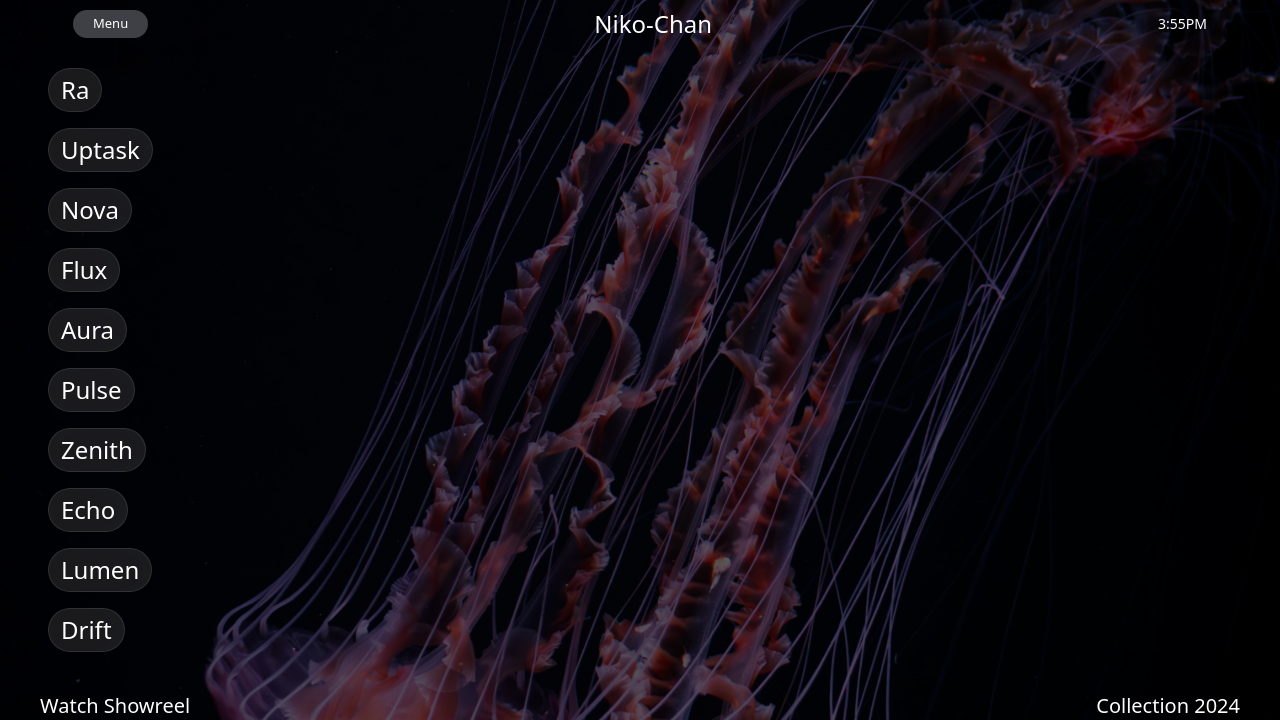
Repository: nikhilsinghrathore1/Niks_indian_local
Page: /
The author's editor kept a copy of each file at every save. The page is drawn from the files as they stood at one save, then again after the next save.
The browser window is 1280 px wide. The pictures show the whole page.
The project was rebuilt for these pictures with package versions that can differ from the ones it lists, and the page was loaded fresh each time. Also part of the build but not shown: vite.config.ts.

Above is the page before, as saved 2024-08-27 10:55:56.

After the next save:
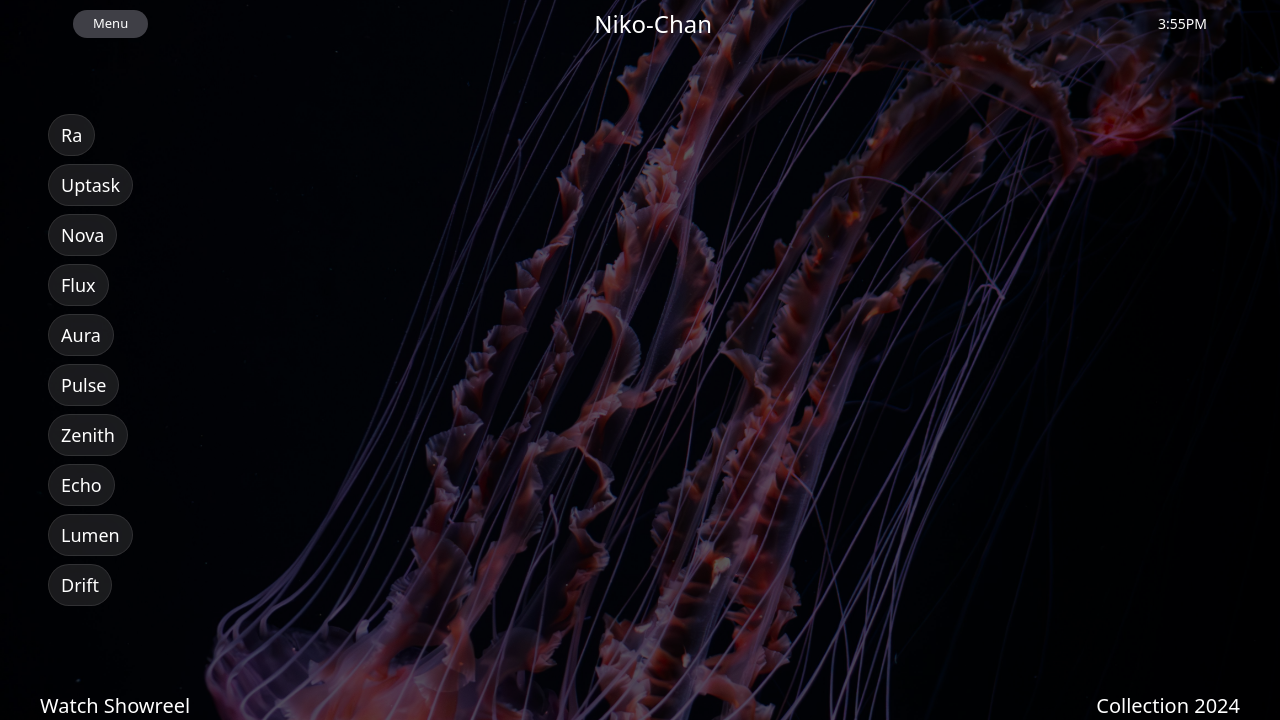
Saved 29 min 59 s later.
--- a/src/Components/Landing.tsx
+++ b/src/Components/Landing.tsx
@@ -297,7 +297,7 @@ const Landing: React.FC = () => {
         {previews.map((preview, index) => (
           <div
             key={index}
-            className='item w-fit py-2 cursor-pointer'
+            className='item w-fit py-1 text-lg cursor-pointer'
             ref={(el) => (itemsRef.current[index] = el)}
           >
             <p>{preview.title}</p>
